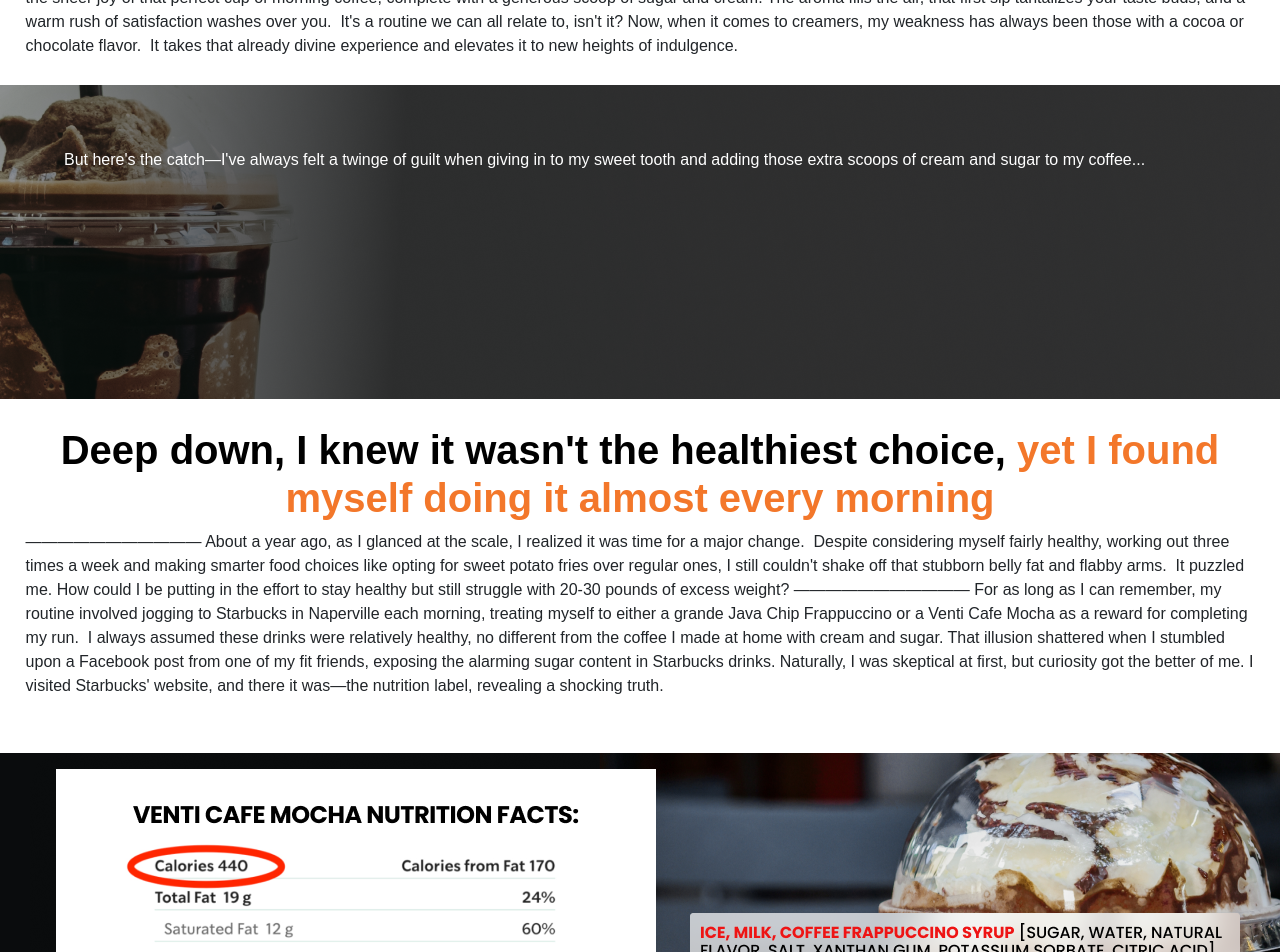
Repository: dariusprince90/wellness-landing
Page: index.html
The author's editor kept a copy of each file at every save. The page is drawn from the files as they stood at one save, then again after the next save.
The browser window is 1280 px wide. The pictures show the part of the page from y = 521 to 1473 px (the page is 7308 px tall).

Above is the page before, as saved 2023-07-27 13:40:54.

After the next save:
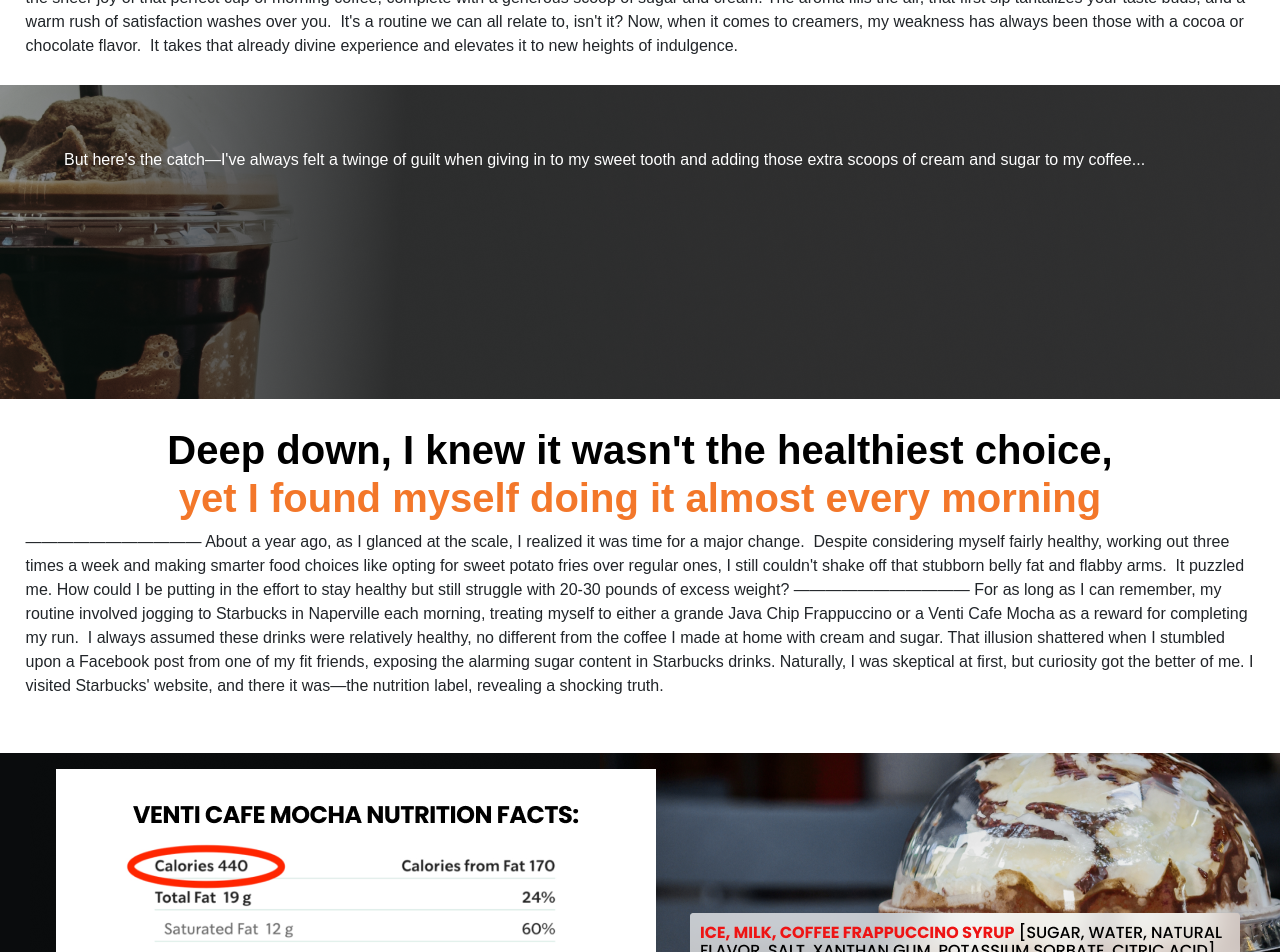
Saved 12 s later.
--- a/index.html
+++ b/index.html
@@ -84,7 +84,7 @@
 
         </section>
         <section class="s-004-text">
-            <h2>Deep down, I knew it wasn't the healthiest choice, <span class="emphasis_Orange">yet I found myself doing it almost every morning</span></h2>
+            <h2>Deep down, I knew it wasn't the healthiest choice,<br/> <span class="emphasis_Orange">yet I found myself doing it almost every morning</span></h2>
 
             ———————————
 
